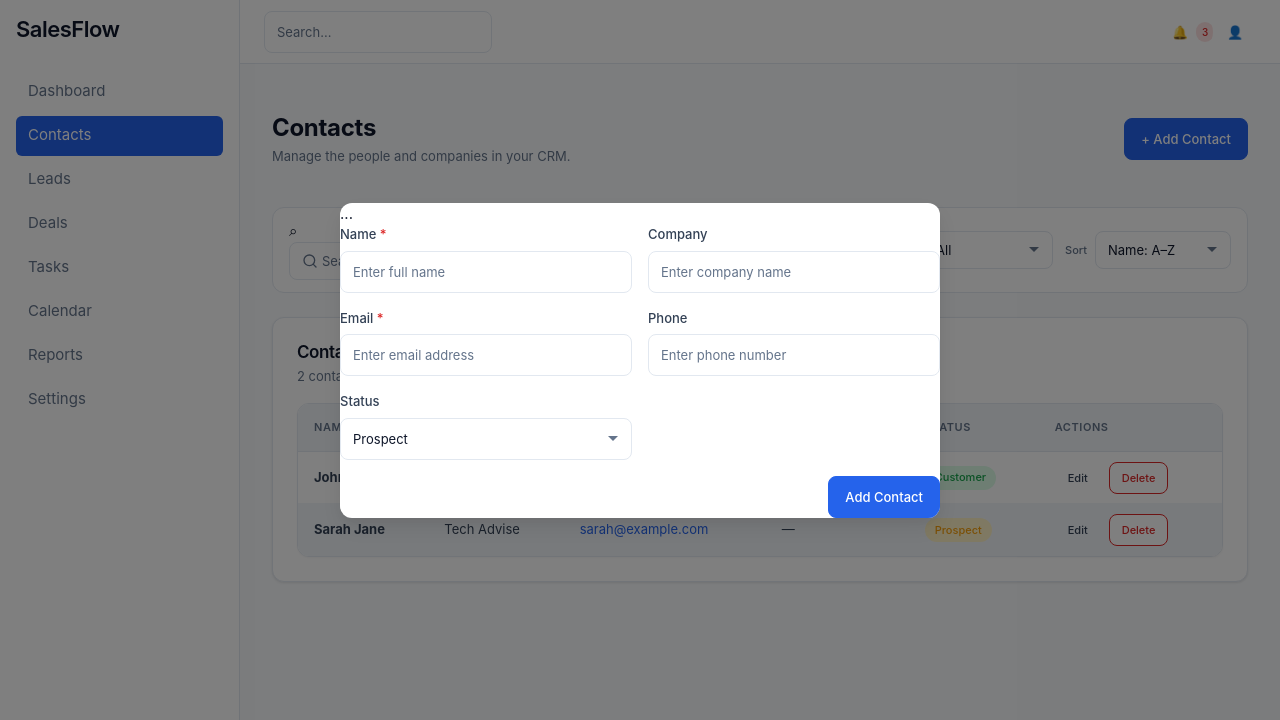
Repository: lawrencegonzaga-dev/salesflow-crm
Page: /contacts, after clicking the first element matching `button.button--primary`
These files come from the project's save history. The page is drawn as it stood at one moment and after the next save; the edit follows.
The browser window is 1280 px wide. The pictures show the whole page.
The project was rebuilt for these pictures with package versions that can differ from the ones it lists, and the page was loaded fresh each time. Also part of the build but not shown: vite.config.js, src/components/StatCard.jsx, src/components/DashboardLeads.jsx, src/components/DashboardDeals.jsx, src/components/DashboardTasks.jsx, src/components/RecentActivity.jsx, src/pages/Dashboard.jsx, src/components/LeadForm.jsx and 22 more.

Above is the page before, as saved 2026-08-18 12:45:36.

### index.html
<!doctype html>
<html lang="en">
  <head>
    <meta charset="UTF-8" />
    <link rel="icon" type="image/svg+xml" href="/favicon.svg" />
    <meta name="viewport" content="width=device-width, initial-scale=1.0" />
    <title>salesflow-crm</title>
  </head>
  <body>
    <div id="root"></div>
    <script type="module" src="/src/main.jsx"></script>
  </body>
</html>

### src/main.jsx
/* ========================================================= */
/* FILE: src/main.jsx */
/* ========================================================= */

import { StrictMode } from 'react';
import { createRoot } from 'react-dom/client';

import "./styles/main.css";
import App from './App.jsx';
import { CRMProvider } from "./context/CRMContext.jsx";

createRoot(document.getElementById('root')).render(
    <StrictMode>
        <CRMProvider>
            <App />
        </CRMProvider>
    </StrictMode>,
);

### src/styles/main.css
@import "./reset.css";
@import "./variables.css";
@import "./base.css";
@import "./layout.css";
@import "./utilities.css";

@import "./components/sidebar.css";
@import "./components/header.css";
@import "./components/toolbar.css";
@import "./components/button.css";
@import "./components/form.css";
@import "./components/card.css";
@import "./components/badge.css";
@import "./components/table.css";
@import "./components/modal.css";
@import "./components/kanban.css";
@import "./components/calendar.css";
@import "./components/leads.css";
@import "./crm.css";

/* main.css */

### src/App.jsx
/* ========================================================= */
/* FILE: src/App.jsx */
/* ========================================================= */

import { BrowserRouter, Routes, Route } from "react-router-dom";

import Dashboard from "./pages/Dashboard";
import Contacts from "./pages/Contacts";
import Leads from "./pages/Leads";
import Deals from "./pages/Deals";
import Tasks from "./pages/Tasks";
import Calendar from "./pages/Calendar";
import Reports from "./pages/Reports";
import Settings from "./pages/Settings";
import AppLayout from "./layouts/AppLayout";

function App() {
    return (
        <BrowserRouter>
            <Routes>
                <Route element={<AppLayout />}>
                    <Route path="/" element={<Dashboard />} />
                    <Route path="/dashboard" element={<Dashboard />} />
                    <Route path="/contacts" element={<Contacts />} />
                    <Route path="/leads" element={<Leads />} />
                    <Route path="/deals" element={<Deals />} />
                    <Route path="/tasks" element={<Tasks />} />
                    <Route path="/calendar" element={<Calendar />} />
                    <Route path="/reports" element={<Reports />} />
                    <Route path="/settings" element={<Settings />} />
                </Route>
            </Routes>
        </BrowserRouter>
    );
}

export default App;

### src/styles/reset.css
*,
*::before,
*::after {
  box-sizing: border-box;
}

html {
  -webkit-text-size-adjust: 100%;
}

body {
  margin: 0;
  background: var(--color-page);
  color: var(--color-text);
  font-family: var(--font-family);
  font-size: 16px;
  line-height: 1.5;

  -webkit-font-smoothing: antialiased;
  text-rendering: optimizeLegibility;
}

#root {
  min-height: 100vh;
}

h1, h2, h3, h4, h5, h6, p {
  margin: 0;
}

img, svg, video {
  display: block;
  max-width: 100%;
}

a {
  color: inherit;
}

### src/styles/utilities.css
.container {
  width: min(100%, var(--content-max-width));
  margin-inline: auto;
}

.visually-hidden {
  position: absolute;
  width: 1px;
  height: 1px;
  padding: 0;
  margin: -1px;
  overflow: hidden;
  clip: rect(0, 0, 0, 0);
  white-space: nowrap;
  border: 0;
}

### src/styles/components/sidebar.css
.app-sidebar {
  width: var(--sidebar-width);
  height: 100vh;

  padding: var(--sidebar-padding);

  display: flex;
  flex-direction: column;

  background: var(--color-surface);
  border-right: 1px solid var(--color-border);
  color: var(--color-text);
}

.app-sidebar h2 {
  margin: 0 0 28px;
  font-size: 22px;
  letter-spacing: -.5px;
}

.sidebar-nav {
  display: flex;
  flex-direction: column;
  gap: 4px;

  overflow-y: auto;
}

.sidebar-nav_item {
  min-height: var(--nav-item-height);

  display: flex;
  align-items: center;

  padding: var(--nav-item-padding);
  gap: var(--nav-item-gap);

  color: var(--color-text-muted);
  text-decoration: none;
  border-radius: var(--radius-sm);

  transition: background var(--transition-fast), color var(--transition-fast);
}

.sidebar-nav_item:hover {
  background: var(--color-surface-muted);
  color: var(--color-text);
}

.sidebar-nav_item.active {
  background: var(--color-action);
  color: white;
}

### src/styles/components/header.css
.app-header {
  height: var(--header-height);

  display: flex;
  align-items: center;
  justify-content: space-between;

  padding: var(--header-padding);

  background: var(--color-surface);
  border-bottom: 1px solid var(--color-border);
  color: var(--color-text);
}

.app-header_left,
.app-header_right {
  display: flex;
  align-items: center;
  gap: var(--header-item-gap);
}

.menu-button {
  display: none;
}

@media (max-width: 768px) {
  .app-header {
    padding: 0 16px;
  }

  .app-header_right {
    display: none;
  }

  .menu-button {
    display: inline-grid;
    width: 40px;
    height: 40px;
    place-items: center;
    padding: 0;
    font-size: 20px;
    border-radius: var(--radius-sm);
  }
}
/* header.css */

### src/styles/components/toolbar.css
/* ========================================================= */
/* FILE: src/styles/components/toolbar.css */
/* ========================================================= */

.toolbar {
  display: flex;
  flex-wrap: wrap;
  align-items: center;
  gap: var(--space-3);
  padding: var(--space-3) var(--space-4);
  background: var(--color-surface);
  border: 1px solid var(--color-border);
  border-radius: var(--radius-lg);
}

.toolbar .search-field {
  flex: 1 1 260px;
  min-width: 160px;
}

.toolbar .search-field input {
  min-height: 38px;
  height: 38px;
  padding-left: var(--space-8);
  background-image: url("data:[embedded picture, 278 characters]");
  background-repeat: no-repeat;
  background-position: var(--space-3) center;
  background-size: 16px;
}

.toolbar .filter-group {
  display: flex;
  align-items: center;
  gap: var(--space-2);
}

.toolbar .filter-group label {
  font-size: var(--text-xs);
  font-weight: var(--font-weight-medium);
  color: var(--color-text-muted);
  white-space: nowrap;
}

.toolbar select {
  min-height: 38px;
  height: 38px;
  min-width: 130px;
}

/* ================================
   TOOLBAR VARIANTS
   ================================ */

.toolbar--compact {
  padding: var(--space-2) var(--space-3);
  gap: var(--space-2);
}

.toolbar--compact select {
  min-height: 34px;
  height: 34px;
  min-width: 110px;
  font-size: var(--text-xs);
}

.toolbar--compact .search-field input {
  min-height: 34px;
  height: 34px;
  font-size: var(--text-xs);
}

/* ================================
   PAGE TOOLBAR
   ================================ */

.page-toolbar {
  display: flex;
  align-items: center;
  justify-content: space-between;
  gap: var(--space-4);
  flex-wrap: wrap;
}

.page-toolbar-left,
.page-toolbar-right {
  display: flex;
  align-items: center;
  gap: var(--space-3);
  flex-wrap: wrap;
}

/* ================================
   RESPONSIVE
   ================================ */

@media (max-width: 768px) {
  .toolbar {
    flex-direction: column;
    align-items: stretch;
  }

  .toolbar .search-field {
    flex: 1 1 auto;
    min-width: auto;
  }

  .toolbar .filter-group {
    flex-wrap: wrap;
  }

  .toolbar select {
    flex: 1 1 auto;
    min-width: auto;
  }

  .page-toolbar {
    flex-direction: column;
    align-items: stretch;
  }

  .page-toolbar-left,
  .page-toolbar-right {
    flex-wrap: wrap;
  }
}

/* toolbar.css */

### src/styles/components/badge.css
/* ========================================================= */
/* FILE: src/styles/components/badge.css */
/* ========================================================= */

.badge {
  display: inline-flex;
  align-items: center;
  gap: var(--space-1);
  min-height: 24px;
  padding: 0 var(--space-2-5);
  font-size: var(--text-xs);
  font-weight: var(--font-weight-medium);
  line-height: 1;
  border-radius: var(--radius-full);
  white-space: nowrap;
  transition: all var(--transition-fast);
}

/* ================================
   BADGE VARIANTS
   ================================ */

.badge--primary {
  color: var(--color-action);
  background: var(--color-action-light);
}

.badge--success {
  color: var(--color-success);
  background: var(--color-success-light);
}

.badge--warning {
  color: var(--color-warning);
  background: var(--color-warning-light);
}

.badge--danger {
  color: var(--color-danger);
  background: var(--color-danger-light);
}

.badge--info {
  color: var(--color-info);
  background: var(--color-info-light);
}

.badge--neutral {
  color: var(--color-text-muted);
  background: var(--color-surface-muted);
}

.badge--dark {
  color: var(--color-text-inverse);
  background: var(--color-text);
}

/* ================================
   BADGE SIZES
   ================================ */

.badge--sm {
  min-height: 20px;
  padding: 0 var(--space-1-5);
  font-size: 10px;
}

.badge--lg {
  min-height: 28px;
  padding: 0 var(--space-3-5);
  font-size: var(--text-sm);
}

/* ================================
   DOT BADGE
   ================================ */

.badge--dot {
  padding-left: var(--space-1-5);
}

.badge--dot::before {
  content: "";
  display: inline-block;
  width: 6px;
  height: 6px;
  border-radius: 50%;
  margin-right: var(--space-1);
}

.badge--primary.badge--dot::before {
  background: var(--color-action);
}

.badge--success.badge--dot::before {
  background: var(--color-success);
}

.badge--warning.badge--dot::before {
  background: var(--color-warning);
}

.badge--danger.badge--dot::before {
  background: var(--color-danger);
}

/* ================================
   BADGE WITH COUNT
   ================================ */

.badge--count {
  min-width: 24px;
  justify-content: center;
  padding: 0 var(--space-1-5);
  border-radius: var(--radius-full);
  font-size: var(--text-xs);
  font-weight: var(--font-weight-bold);
}

/* badge.css */

### src/styles/components/modal.css
/* ========================================================= */
/* FILE: src/styles/components/modal.css */
/* ========================================================= */

.modal-overlay {
  position: fixed;
  inset: 0;
  z-index: var(--z-modal);
  display: flex;
  align-items: center;
  justify-content: center;
  padding: var(--space-4);
  background: rgba(15, 23, 42, 0.6);
  backdrop-filter: blur(4px);
  animation: overlay-fade-in var(--transition-base);
}

@keyframes overlay-fade-in {
  from {
    opacity: 0;
  }
  to {
    opacity: 1;
  }
}

.modal {
  width: min(100% - var(--space-8), 520px);
  max-height: min(90vh, 640px);
  overflow-y: auto;
  padding: var(--space-6);
  background: var(--color-surface);
  border-radius: var(--radius-xl);
  box-shadow: var(--shadow-xl);
  animation: modal-slide-up var(--transition-base);
}

@keyframes modal-slide-up {
  from {
    opacity: 0;
    transform: translateY(20px) scale(0.95);
  }
  to {
    opacity: 1;
    transform: translateY(0) scale(1);
  }
}

/* ================================
   MODAL SIZES
   ================================ */

.modal--sm {
  width: min(100% - var(--space-8), 400px);
}

.modal--lg {
  width: min(100% - var(--space-8), 680px);
}

.modal--xl {
  width: min(100% - var(--space-8), 900px);
}

.modal--full {
  width: 100%;
  max-width: 100%;
  height: 100%;
  max-height: 100%;
  border-radius: 0;
  padding: var(--space-8);
}

/* ================================
   MODAL HEADER
   ================================ */

.modal-header {
  display: flex;
  align-items: flex-start;
  justify-content: space-between;
  gap: var(--space-4);
  margin-bottom: var(--space-4);
}

.modal-header h2 {
  font-size: var(--text-xl);
  font-weight: var(--font-weight-semibold);
  color: var(--color-text);
}

.modal-header .modal-close {
  width: 36px;
  height: 36px;
  padding: 0;
  border-radius: var(--radius-full);
  background: transparent;
  border: none;
  font-size: var(--text-xl);
  color: var(--color-text-muted);
  cursor: pointer;
  transition: all var(--transition-fast);
  display: flex;
  align-items: center;
  justify-content: center;
}

.modal-header .modal-close:hover {
  background: var(--color-surface-muted);
  color: var(--color-text);
}

/* ================================
   MODAL BODY
   ================================ */

.modal-body {
  display: grid;
  gap: var(--space-4);
}

/* ================================
   MODAL FOOTER
   ================================ */

.modal-footer {
  display: flex;
  align-items: center;
  justify-content: flex-end;
  gap: var(--space-3);
  margin-top: var(--space-6);
  padding-top: var(--space-4);
  border-top: 1px solid var(--color-border);
}

/* ================================
   SCROLLBAR FOR MODAL
   ================================ */

.modal::-webkit-scrollbar {
  width: 6px;
}

.modal::-webkit-scrollbar-track {
  background: transparent;
}

.modal::-webkit-scrollbar-thumb {
  background: var(--color-border);
  border-radius: var(--radius-full);
}

.modal::-webkit-scrollbar-thumb:hover {
  background: var(--color-border-hover);
}

.form-overlay {
  position: fixed;
  inset: 0;

  display: flex;
  align-items: center;
  justify-content: center;

  padding: 48px;

  background: rgb(0 0 0 / 50%);

  z-index: 1000;
}

.form-card {
  width: min(100%, 600px);
  max-height: calc(100vh - 48px);

  overflow-y: auto;

  background: var(--color-surface);
  border-radius: var(--radius-lg);

  box-shadow: var(--shadow-lg);
}

.form-card__header {
  display: flex;
  align-items: flex-start;
  justify-content: space-between;

  padding: 24px;
  border-bottom: 1px solid var(--color-border);
}

.form-card__title {
  margin: 0;
}

.form-card__subtitle {
  margin: 4px 0 0;
}

.form-card__close {
  display: grid;
  place-items: center;

  width: 36px;
  height: 36px;

  border: 0;
  background: transparent;
  border-radius: var(--radius-md);

  font-size: 24px;
  cursor: pointer;
}

.form-card__close:hover {
  background: var(--color-surface-muted);
}

/* modal.css */

### src/styles/components/leads.css
.lead-pipeline {
  display: grid;
  grid-template-columns: repeat(6, minmax(190px, 1fr));
  gap: 12px;
  overflow-x: auto;
  padding: 4px 0 16px;
}

.lead-pipeline__stage {
  min-width: 190px;
  background: var(--color-surface-muted);
  border: 1px solid var(--color-border);
  border-radius: var(--radius-md);
  padding: 12px;
   min-height: 200px;
}

.lead-pipeline__stage header {
  display: flex;
  align-items: center;
  justify-content: space-between;
}

.lead-pipeline__stage h2 {
  font-size: 15px;
  margin: 0;
}

.lead-pipeline__stage header span {
  border-radius: var(--radius-full);
  background: var(--color-border);
  padding: 2px 8px;
  font-size: 12px;
}

.lead-pipeline__items {
  display: grid;
  gap: 8px;
  margin-top: 12px;
}

.lead-pipeline__card {
  display: block;
  width: 100%;
  text-align: left;
  padding: 12px;
  min-height: 90px;
  background: var(--color-surface);
  border: 1px solid var(--color-border);
  border-radius: var(--radius-sm);
  cursor: pointer;
  color: inherit;
  transition: border-color var(--transition-fast);
}

.lead-pipeline__card:hover,
.lead-pipeline__card:focus-visible {
  border-color: var(--color-action);
  outline: none;
}

.lead-pipeline__card h3 {
  margin: 0 0 4px;
  font-size: 14px;
}

.lead-pipeline__card p {
  font-size: 12px;
  margin: 2px 0;
  color: var(--color-text-muted);
}

.lead-table-wrap {
  overflow-x: auto;
}

.lead-table__empty {
  padding: 32px;
  text-align: center;
  color: var(--color-text-muted);
}

.lead-stage {
  display: inline-block;
  border-radius: var(--radius-full);
  background: color-mix(in srgb, var(--color-action) 12%, transparent);
  color: var(--color-action);
  padding: 2px 8px;
  font-size: 12px;
}
/* leads.css */

### src/layouts/AppLayout.jsx
/* ========================================================= */
/* FILE: src/layouts/AppLayout.jsx */
/* ========================================================= */

import { useState } from "react";
import { Outlet } from "react-router-dom";

import Sidebar from "../components/Sidebar";
import Header from "../components/Header";

function AppLayout() {
    const [isNavigationOpen, setIsNavigationOpen] = useState(false);

    return (
        <div className="app-layout">
            <Sidebar
                isOpen={isNavigationOpen}
                onNavigate={() => setIsNavigationOpen(false)}
            />

            <Header
                isNavigationOpen={isNavigationOpen}
                onMenuToggle={() => setIsNavigationOpen((isOpen) => !isOpen)}
            />

            <main className="app-main">
                <div className="app-main-content">
                    <Outlet />
                </div>
            </main>

            {isNavigationOpen && (
                <button
                    className="navigation-backdrop"
                    type="button"
                    aria-label="Close navigation"
                    onClick={() => setIsNavigationOpen(false)}
                />
            )}
        </div>
    );
}

export default AppLayout;

### src/components/ContactTable.jsx
/* ========================================================= */
/* FILE: src/components/ContactTable.jsx */
/* ========================================================= */

import ContactRow from "./ContactRow";

function ContactTable({
    contacts,
    onDeleteContact,
    onEditContact
}) {
    if (contacts.length === 0) {
        return (
            <div className="table-empty">
                <div className="empty-icon">📭</div>
                <div className="empty-title">No contacts found</div>
                <div className="empty-description">
                    Try adjusting your search or filters
                </div>
            </div>
        );
    }

    return (
        <div className="table-wrap">
            <table className="table table--striped">
                <thead>
                    <tr>
                        <th>Name</th>
                        <th>Company</th>
                        <th>Email</th>
                        <th>Phone</th>
                        <th>Status</th>
                        <th>Actions</th>
                    </tr>
                </thead>
                <tbody>
                    {contacts.map((contact) => (
                        <ContactRow
                            key={contact.id}
                            contact={contact}
                            onDeleteContact={onDeleteContact}
                            onEditContact={onEditContact}
                        />
                    ))}
                </tbody>
            </table>
        </div>
    );
}

export default ContactTable;

### src/components/Sidebar.jsx
import { NavLink } from "react-router-dom";
import navigation from "../data/navigation";

function Sidebar({ isOpen, onNavigate }) {
    return (
        <aside className={`app-sidebar ${isOpen ? "app-sidebar--open" : ""}`}>
            <h2>SalesFlow</h2>

            <nav className="sidebar-nav">
                {navigation.map((item) => (
                    <NavLink
                        key={item.path}
                        to={item.path}
                        className="sidebar-nav_item"
                        onClick={onNavigate}
                    >
                        {item.label}
                    </NavLink>
                ))}
            </nav>
        </aside>
    );
}

export default Sidebar;

### src/components/Header.jsx
/* ========================================================= */
/* FILE: src/components/Header.jsx */
/* ========================================================= */

import { useState } from "react";

function Header({ isNavigationOpen, onMenuToggle }) {
    const [searchQuery, setSearchQuery] = useState("");

    return (
        <header className="app-header">
            <div className="app-header-left">
                <button
                    className="menu-button"
                    type="button"
                    aria-label="Toggle navigation"
                    aria-expanded={isNavigationOpen}
                    onClick={onMenuToggle}
                >
                    ☰
                </button>

                <div className="header-search">
                    <input
                        type="text"
                        placeholder="Search..."
                        value={searchQuery}
                        onChange={(e) => setSearchQuery(e.target.value)}
                        className="header-search-input"
                    />
                </div>
            </div>

            <div className="app-header-right">
                <button className="button button--ghost button--icon" aria-label="Notifications">
                    🔔
                    <span className="badge badge--danger badge--sm">3</span>
                </button>
                <button className="button button--ghost button--icon" aria-label="Profile">
                    👤
                </button>
            </div>
        </header>
    );
}

export default Header;

### src/components/ContactRow.jsx
/* ========================================================= */
/* FILE: src/components/ContactRow.jsx */
/* ========================================================= */

function ContactRow({ contact, onDeleteContact, onEditContact }) {
    function getStatusBadge(status) {
        const classes = {
            Prospect: "badge badge--warning",
            Customer: "badge badge--success",
            Inactive: "badge badge--neutral"
        };
        return classes[status] || "badge badge--neutral";
    }

    return (
        <tr>
            <td>
                <strong>{contact.name}</strong>
            </td>
            <td>{contact.company || "—"}</td>
            <td>
                <a href={`mailto:${contact.email}`} className="text-primary">
                    {contact.email}
                </a>
            </td>
            <td>{contact.phone || "—"}</td>
            <td>
                <span className={getStatusBadge(contact.status)}>
                    {contact.status}
                </span>
            </td>
            <td>
                <div className="row-actions">
                    <button
                        type="button"
                        className="button button--sm button--ghost"
                        onClick={() => onEditContact(contact)}
                    >
                        Edit
                    </button>
                    <button
                        type="button"
                        className="button button--sm button--danger"
                        onClick={() => {
                            if (window.confirm(`Delete "${contact.name}"?`)) {
                                onDeleteContact(contact.id);
                            }
                        }}
                    >
                        Delete
                    </button>
                </div>
            </td>
        </tr>
    );
}

export default ContactRow;

Loaded but not shown: src/data/navigation.js (48 lines, source omitted); src/components/ContactForm.jsx (321 lines, source omitted); src/styles/crm.css (441 lines, source omitted); src/context/CRMContext.jsx (129 lines, source omitted); src/styles/variables.css (230 lines, source omitted); src/pages/Contacts.jsx (154 lines, source omitted); src/styles/components/form.css (194 lines, source omitted); src/styles/layout.css (206 lines, source omitted); src/styles/components/button.css (158 lines, source omitted); src/styles/components/table.css (162 lines, source omitted); src/styles/base.css (167 lines, source omitted); src/styles/components/card.css (154 lines, source omitted); src/styles/components/calendar.css (148 lines, source omitted); src/styles/components/kanban.css (153 lines, source omitted)

After the next save:
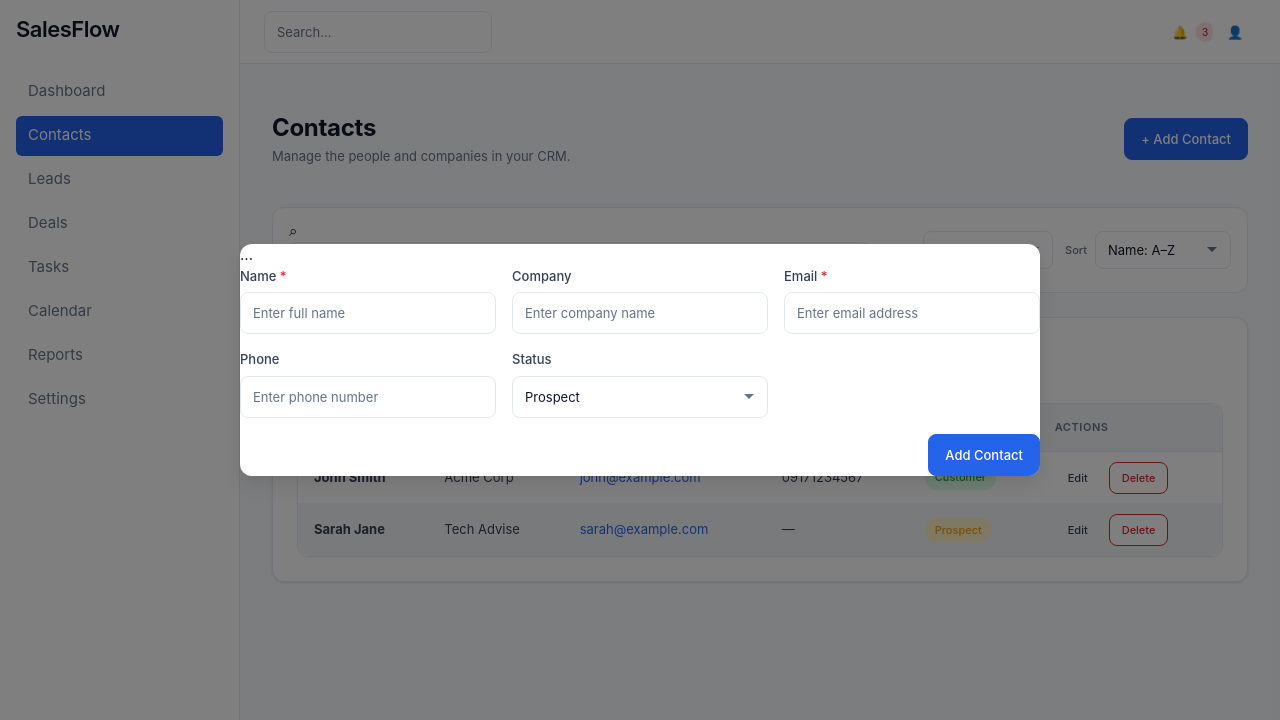
Saved 33 s later.
--- a/src/styles/components/modal.css
+++ b/src/styles/components/modal.css
@@ -170,7 +170,7 @@
 }
 
 .form-card {
-  width: min(100%, 600px);
+  width: min(100%, 800px);
   max-height: calc(100vh - 48px);
 
   overflow-y: auto;
